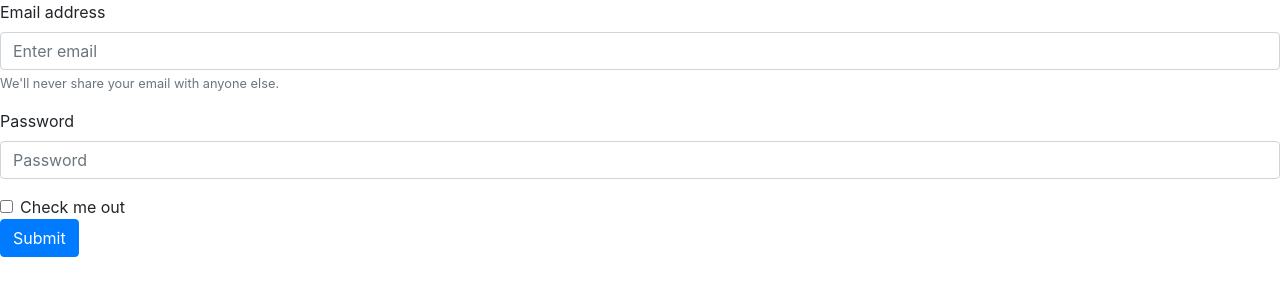
Repository: MacCampers/java-stuff
Page: http://localhost/ProjetResto/
The author's editor kept a copy of each file at every save. The page is drawn from the files as they stood at one save, then again after the next save.
The browser window is 1280 px wide. The pictures show the whole page.
The page is served by Tomcat 9. Nobody is signed in. The application's start-up code is not run. Other server files are loaded and not shown.

Above is the page before, as saved 2020-02-14 13:57:23.

### workspaceJSP/ProjetResto/src/main/webapp/index.jsp
<%@ page language="java" contentType="text/html; charset=ISO-8859-1"
	pageEncoding="ISO-8859-1"%>
<!DOCTYPE html PUBLIC "-//W3C//DTD HTML 4.01 Transitional//EN" "http://www.w3.org/TR/html4/loose.dtd">

<html lang="en">
<head>
<title>JSON Form</title>
<meta charset="utf-8">
<meta name="viewport"
	content="width=device-width, initial-scale=1, shrink-to-fit=no">
<link rel="stylesheet" href="https://maxcdn.bootstrapcdn.com/bootstrap/4.0.0/css/bootstrap.min.css" integrity="sha384-Gn5384xqQ1aoWXA+058RXPxPg6fy4IWvTNh0E263XmFcJlSAwiGgFAW/dAiS6JXm" crossorigin="anonymous">
</head>
<body class="goto-here">

	<form>
  <div class="form-group">
    <label for="exampleInputEmail1">Email address</label>
    <input type="email" class="form-control" id="exampleInputEmail1" aria-describedby="emailHelp" placeholder="Enter email">
    <small id="emailHelp" class="form-text text-muted">We'll never share your email with anyone else.</small>
  </div>
  <div class="form-group">
    <label for="exampleInputPassword1">Password</label>
    <input type="password" class="form-control" id="exampleInputPassword1" placeholder="Password">
  </div>
  <div class="form-check">
    <input type="checkbox" class="form-check-input" id="exampleCheck1">
    <label class="form-check-label" for="exampleCheck1">Check me out</label>
  </div>
  <button type="submit" class="btn btn-primary">Submit</button>
</form>

</body>
</html>

After the next save:
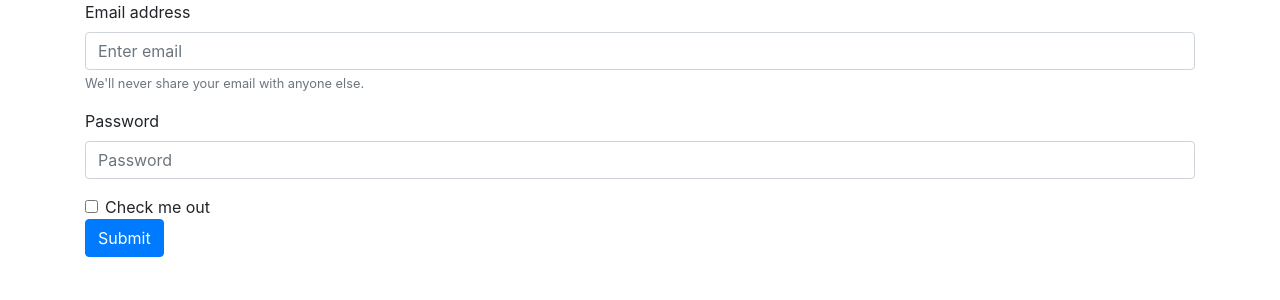
Saved 28 s later.
--- a/workspaceJSP/ProjetResto/src/main/webapp/index.jsp
+++ b/workspaceJSP/ProjetResto/src/main/webapp/index.jsp
@@ -8,26 +8,33 @@
 <meta charset="utf-8">
 <meta name="viewport"
 	content="width=device-width, initial-scale=1, shrink-to-fit=no">
-<link rel="stylesheet" href="https://maxcdn.bootstrapcdn.com/bootstrap/4.0.0/css/bootstrap.min.css" integrity="sha384-Gn5384xqQ1aoWXA+058RXPxPg6fy4IWvTNh0E263XmFcJlSAwiGgFAW/dAiS6JXm" crossorigin="anonymous">
+<link rel="stylesheet"
+	href="https://maxcdn.bootstrapcdn.com/bootstrap/4.0.0/css/bootstrap.min.css"
+	integrity="sha384-Gn5384xqQ1aoWXA+058RXPxPg6fy4IWvTNh0E263XmFcJlSAwiGgFAW/dAiS6JXm"
+	crossorigin="anonymous">
 </head>
 <body class="goto-here">
-
-	<form>
-  <div class="form-group">
-    <label for="exampleInputEmail1">Email address</label>
-    <input type="email" class="form-control" id="exampleInputEmail1" aria-describedby="emailHelp" placeholder="Enter email">
-    <small id="emailHelp" class="form-text text-muted">We'll never share your email with anyone else.</small>
-  </div>
-  <div class="form-group">
-    <label for="exampleInputPassword1">Password</label>
-    <input type="password" class="form-control" id="exampleInputPassword1" placeholder="Password">
-  </div>
-  <div class="form-check">
-    <input type="checkbox" class="form-check-input" id="exampleCheck1">
-    <label class="form-check-label" for="exampleCheck1">Check me out</label>
-  </div>
-  <button type="submit" class="btn btn-primary">Submit</button>
-</form>
-
+	<div class="container">
+		<form>
+			<div class="form-group">
+				<label for="exampleInputEmail1">Email address</label> <input
+					type="email" class="form-control" id="exampleInputEmail1"
+					aria-describedby="emailHelp" placeholder="Enter email"> <small
+					id="emailHelp" class="form-text text-muted">We'll never
+					share your email with anyone else.</small>
+			</div>
+			<div class="form-group">
+				<label for="exampleInputPassword1">Password</label> <input
+					type="password" class="form-control" id="exampleInputPassword1"
+					placeholder="Password">
+			</div>
+			<div class="form-check">
+				<input type="checkbox" class="form-check-input" id="exampleCheck1">
+				<label class="form-check-label" for="exampleCheck1">Check me
+					out</label>
+			</div>
+			<button type="submit" class="btn btn-primary">Submit</button>
+		</form>
+	</div>
 </body>
 </html>
